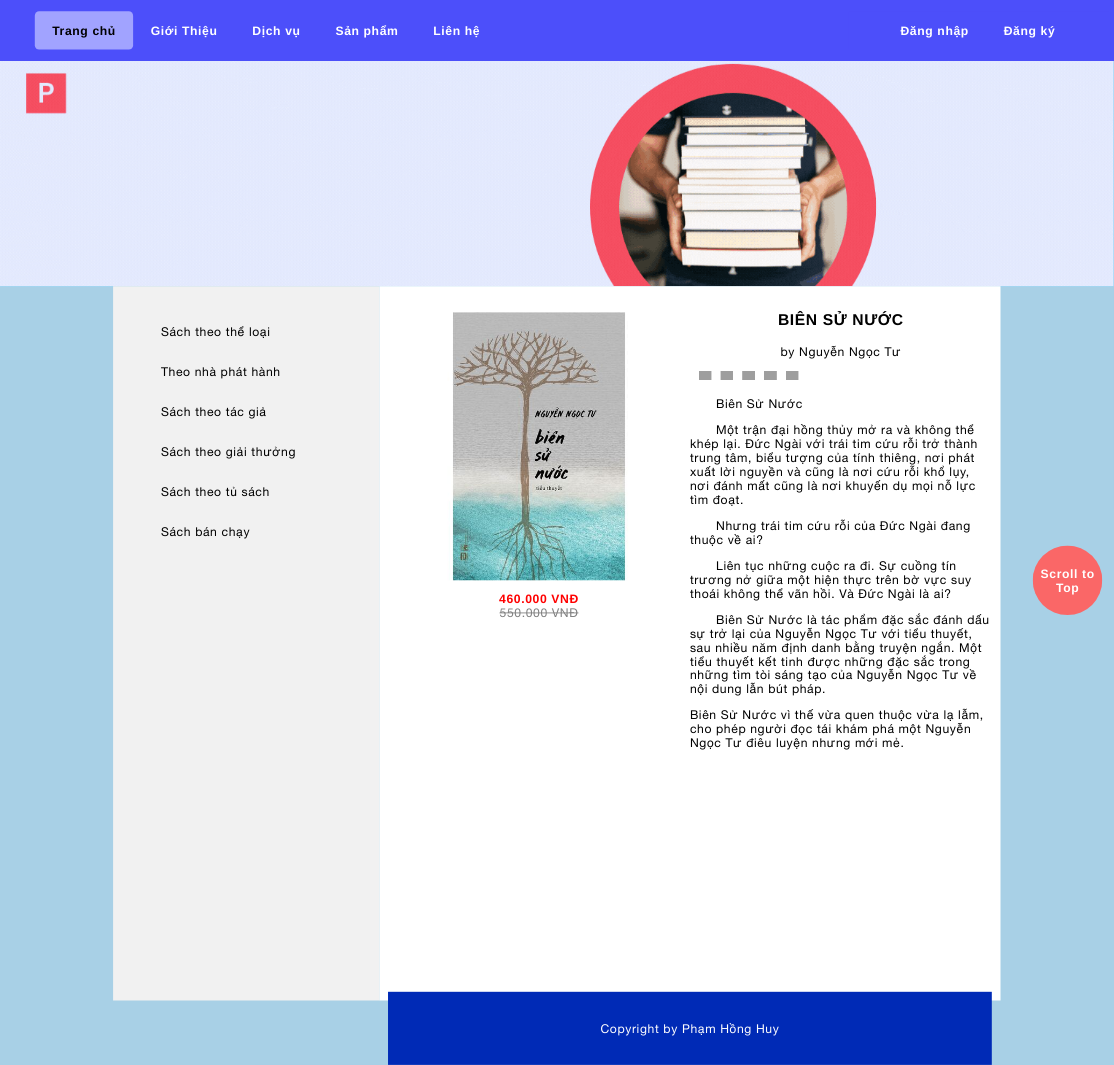
Repository: phamhonghuy/bookstore
Page: item1.html
The author's editor kept a copy of each file at every save. The page is drawn from the files as they stood at one save, then again after a run of saves.
The browser window is 1280 px wide. The pictures show the whole page, at 87% of full size.
Pictures or frames that could not be fetched are drawn as grey boxes.

Above is the page before, as saved 2021-10-13 21:08:26.

After the next 7 saves:
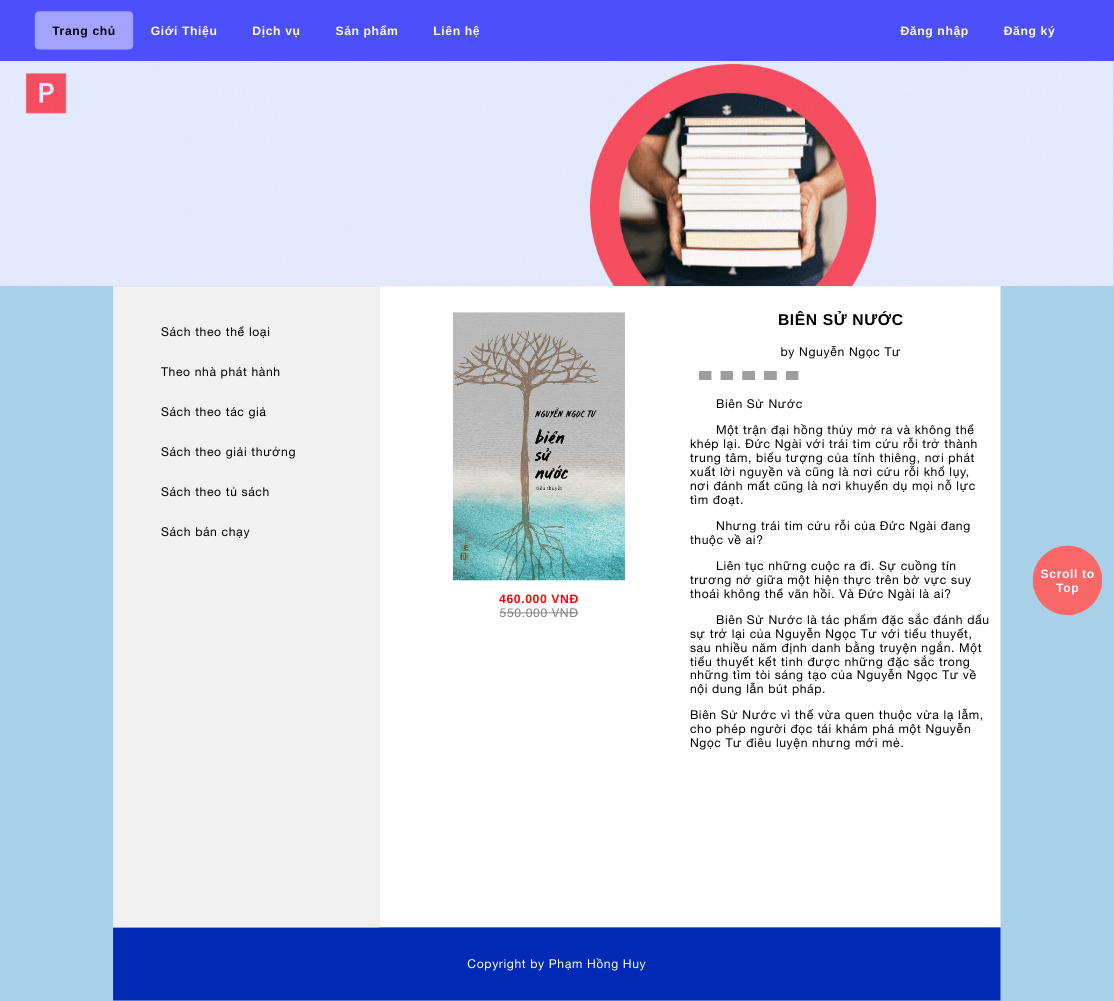
The 7 saves are shown as one change because they came seconds apart.
The last was saved 15 s later.
--- a/item1.html
+++ b/item1.html
@@ -135,7 +135,9 @@
         Biên Sử Nước vì thế vừa quen thuộc vừa lạ lẫm, cho phép người đọc tái khám phá một Nguyễn Ngọc Tư điêu luyện nhưng mới mẻ.</p>
       </div>
     </div>
-    <div class="col-md-3">
+    <div class="more-item">
+
+    </div>
 
     <button onclick='window.scrollTo({top: 0, behavior: "smooth"});' class="scrollTotop">Scroll to Top</button>
 
